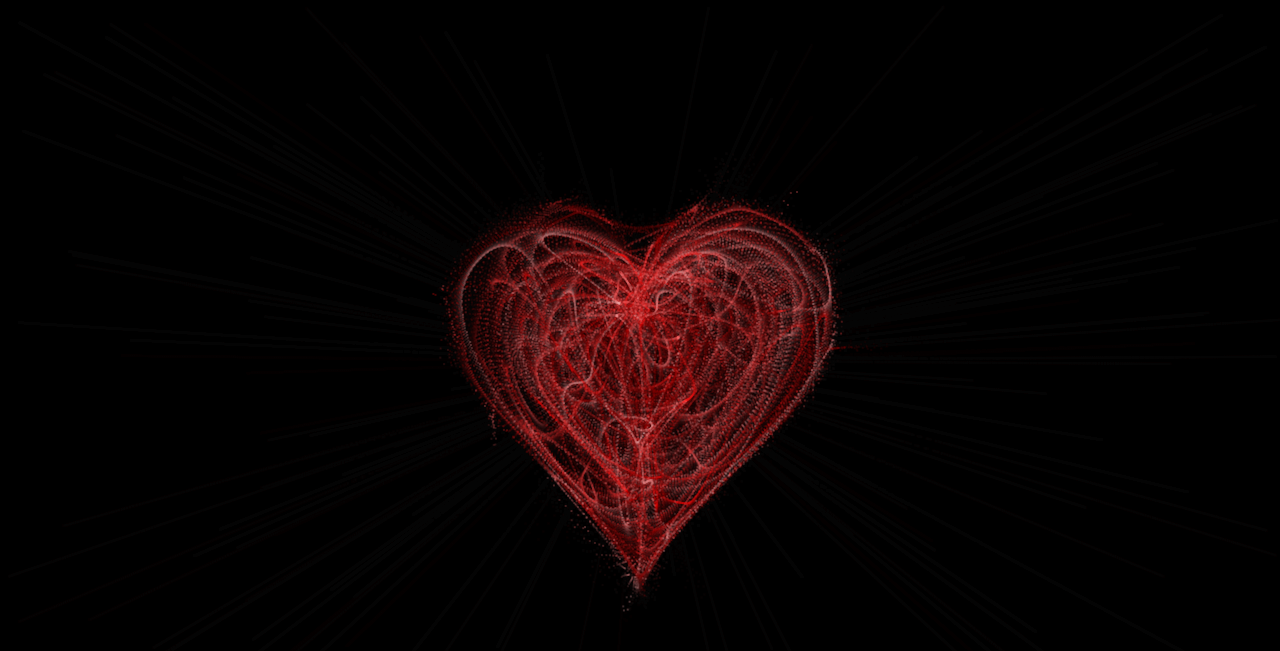
Repository: ngoclong2904/codeTraiTim
Page: traiTim.html
The author's editor kept a copy of each file at every save. The page is drawn from the files as they stood at one save, then again after the next save.
The browser window is 1280 px wide. The pictures show the whole page.

Above is the page before, as saved 2022-11-09 00:24:50.

After the next save:
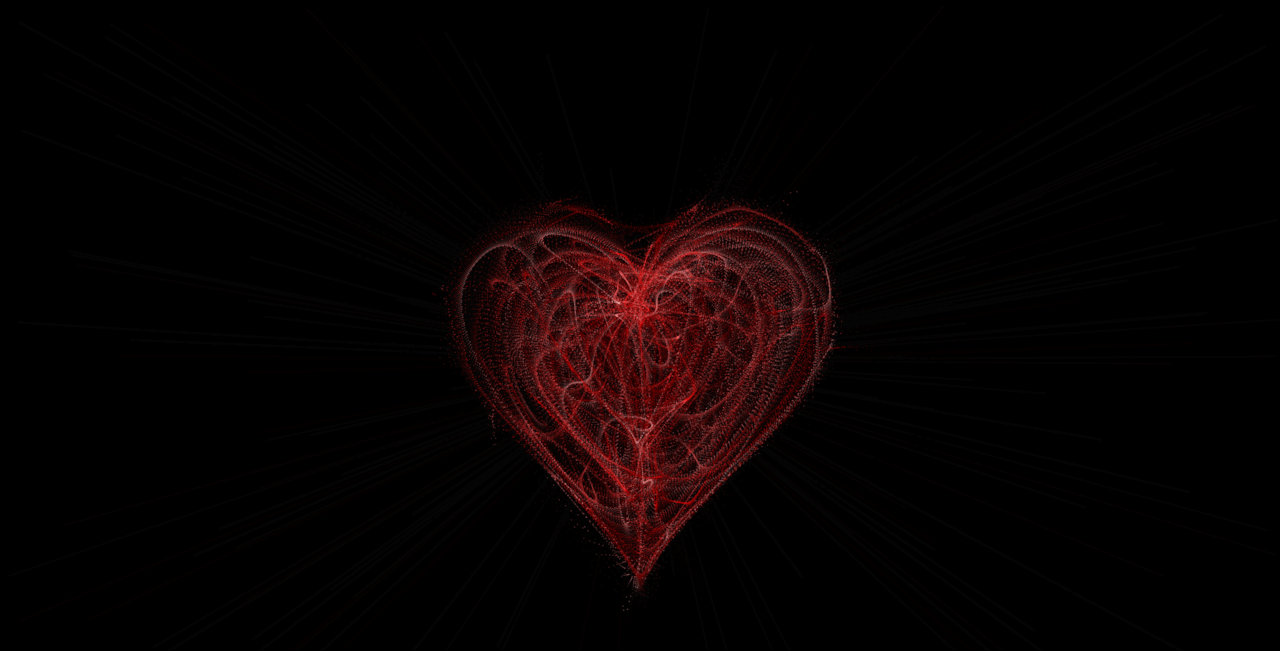
Saved 8 s later.
--- a/traiTim.html
+++ b/traiTim.html
@@ -174,7 +174,7 @@
             }
             ctx.fillStyle = u.f;
             for (k = 0; k < u.trace.length; k++) {
-              ctx.fillRect(u.trace[k].x, u.trace[k].y, 2, 2);
+              ctx.fillRect(u.trace[k].x, u.trace[k].y, 1.5, 1.5);
             }
           }
           //ctx.fillStyle = "rgba(255,255,255,1)";
